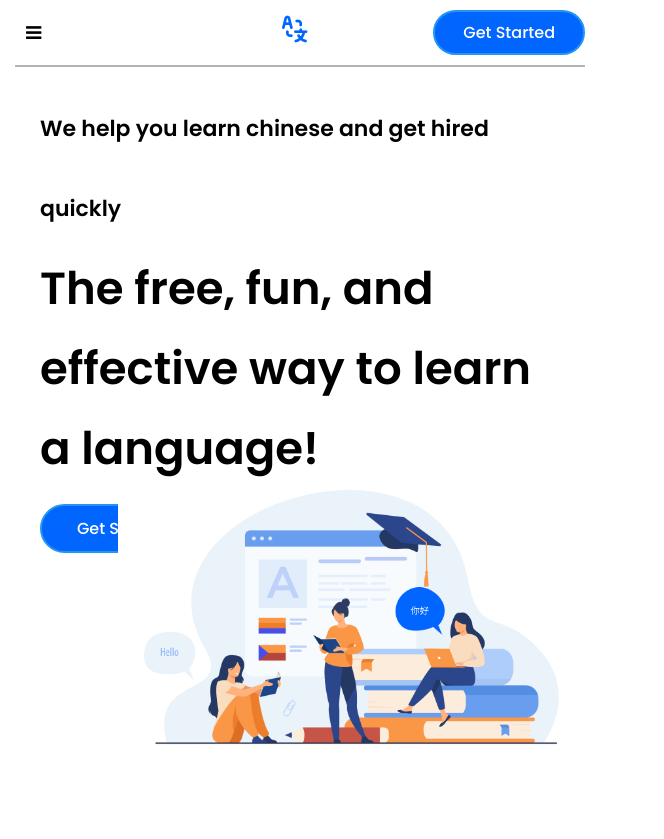
Repository: BinhIT/ChineseLearn
Page: index.html
These files come from the project's save history. The page is drawn as it stood at one moment and after the next save; the edit follows.
The browser window is 600 px wide. The page is 664 px wide, so the pictures cover 664 px, including what lies to the right of the window. The pictures show the whole page.

Above is the page before, as saved 2023-03-01 14:24:27.

After the next save:
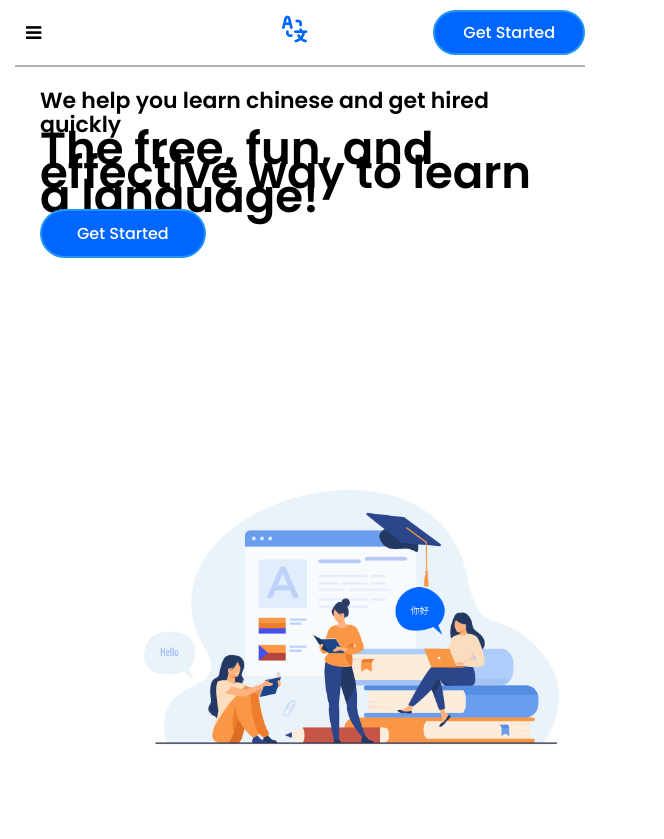
Saved 25 s later.
--- a/css/section.css
+++ b/css/section.css
@@ -51,6 +51,10 @@
 
 /* Mobile */
 @media only screen and (max-width:765px) {
+    .hero-col1 {
+        line-height: 1.5em;
+    }
+
     .hero-col1 h1 {
         font-size: 22px;
 
